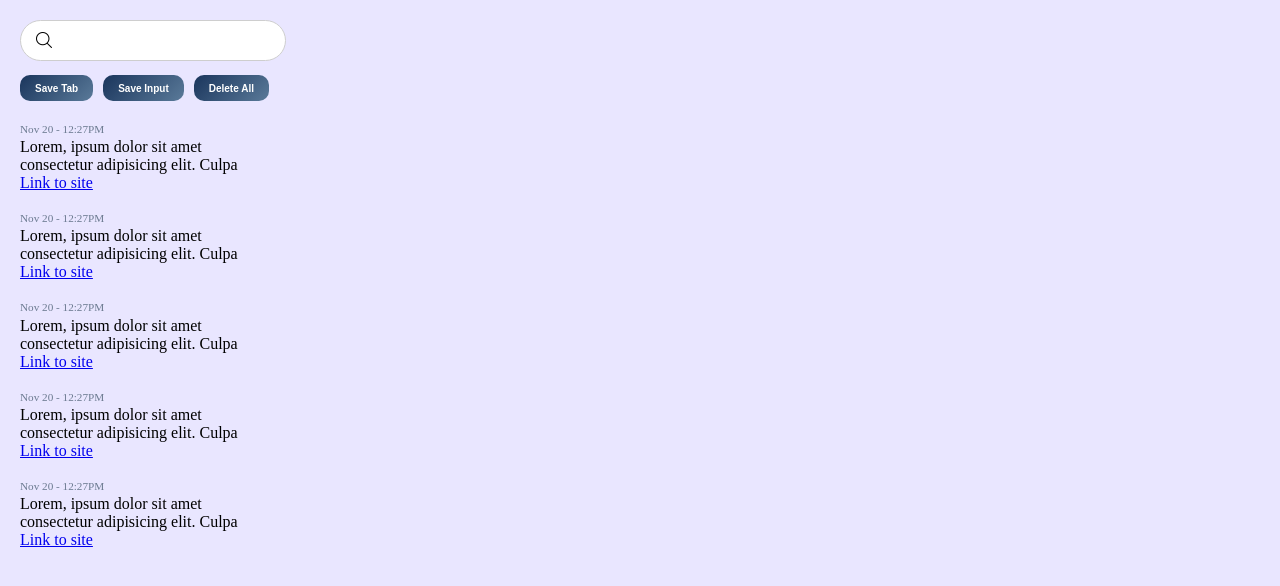
Repository: IdowuMicheal-1/Text-Tab-Organizer
Page: popup.html
The author's editor kept a copy of each file at every save. The page is drawn from the files as they stood at one save, then again after the next save.
The browser window is 1280 px wide. The pictures show the whole page.

Above is the page before, as saved 2025-05-14 14:32:48.

After the next save:
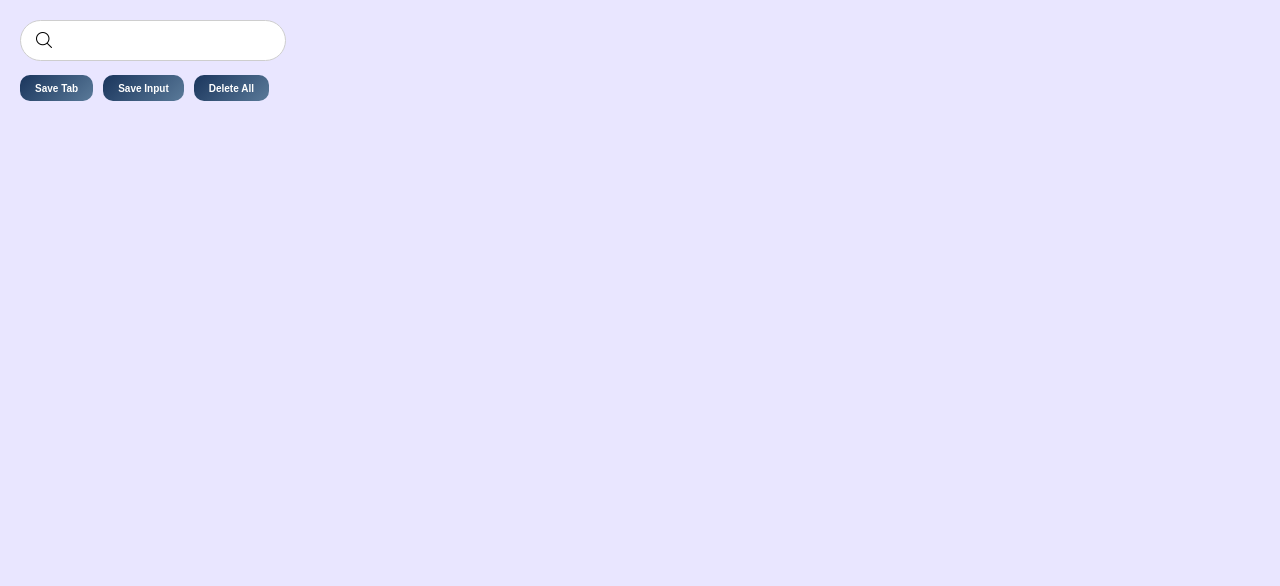
Console error: SyntaxError: Unexpected token '{'
Saved 4 s later.
--- a/popup.js
+++ b/popup.js
@@ -32,13 +32,13 @@
 ITEMS.map((items, index) => {
   const li = document.createElement("li");
   li.className = "div-content";
-  li.innerHTML = `${`
+  li.innerHTML = ${`
 
           <div class="date-read">Nov 20 - 12:27PM</div>
           <p class="content-text">
             Lorem, ipsum dolor sit amet consectetur adipisicing elit. Culpa
           </p>
           <p><a href="#">Link to site</a></p>
-       `}`;
+       `};
     listContent.appendChild(li);
 });

After the save that followed:
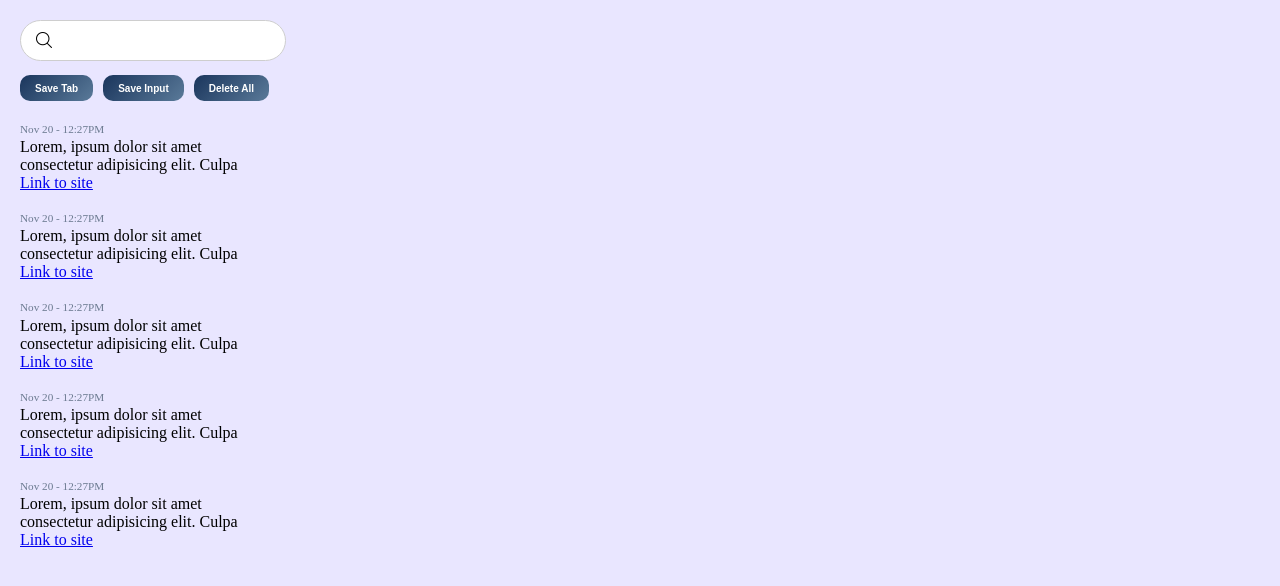
The error is gone.
Saved 4 s later.
--- a/popup.js
+++ b/popup.js
@@ -32,13 +32,13 @@
 ITEMS.map((items, index) => {
   const li = document.createElement("li");
   li.className = "div-content";
-  li.innerHTML = ${`
+  li.innerHTML = `
 
           <div class="date-read">Nov 20 - 12:27PM</div>
           <p class="content-text">
             Lorem, ipsum dolor sit amet consectetur adipisicing elit. Culpa
           </p>
           <p><a href="#">Link to site</a></p>
-       `};
+       `;
     listContent.appendChild(li);
 });
